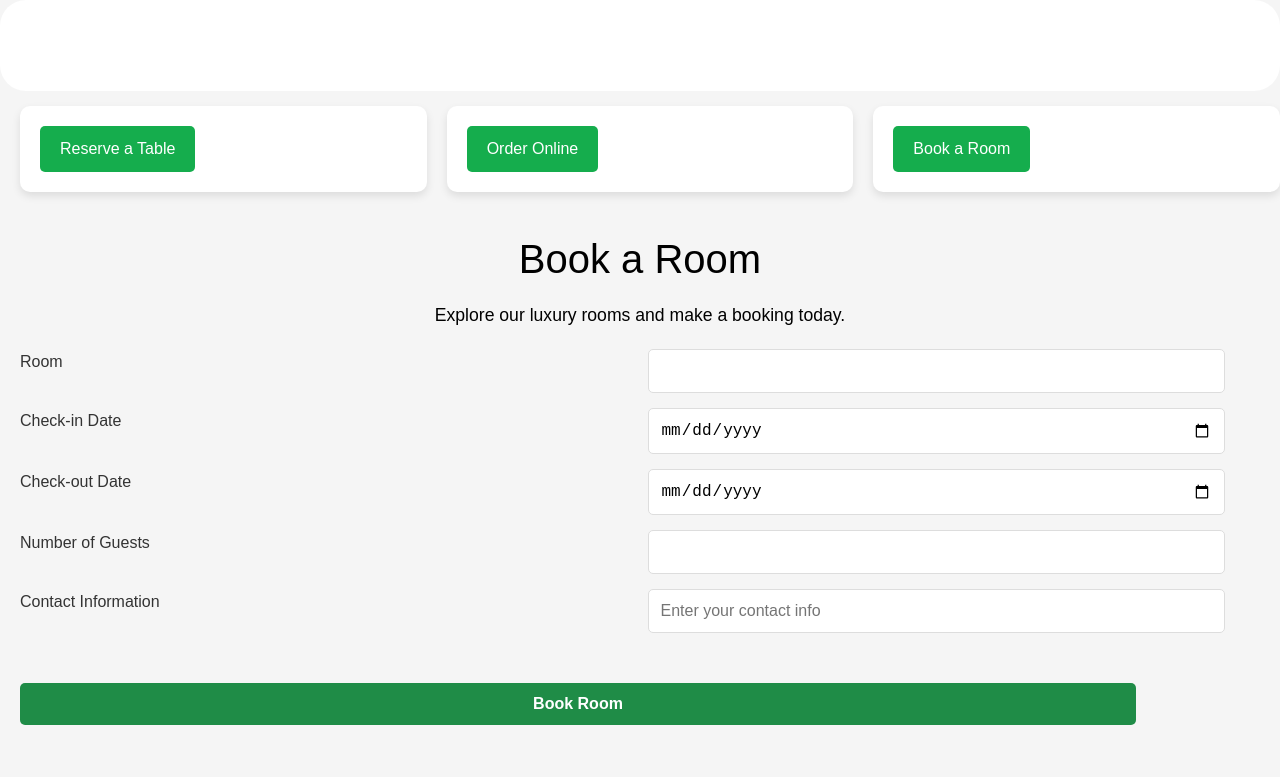
Repository: malingubarnice/Online-Reservation-System
Page: seperate_room.html
An editor plug-in stored every save of this project. The page is shown before and after the next save, followed by the edit.
The browser window is 1280 px wide. The pictures show the whole page.

Above is the page before, as saved 2025-04-03 18:35:29.
Console error: TypeError: Cannot read properties of null (reading 'addEventListener')

After the next save:
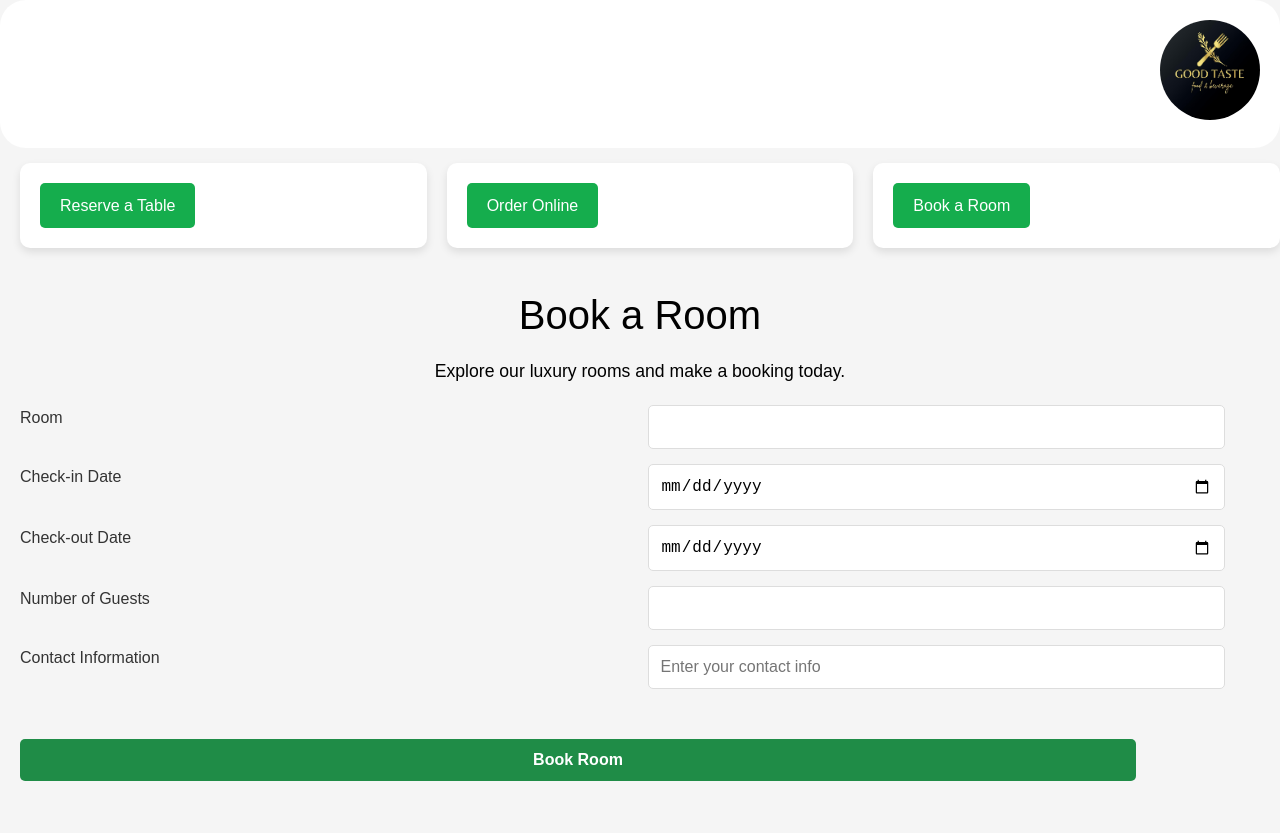
Saved 34 s later.
--- a/seperate_room.html
+++ b/seperate_room.html
@@ -9,6 +9,10 @@
 <body>
     <header>
         <h1>Book a Room</h1>
+        <!-- Navigation Bar -->
+     <div class="logo">
+      <img src="assets/logo.jpg" alt="Copper Ivy Logo">
+     </div>
 
   </header>
 
